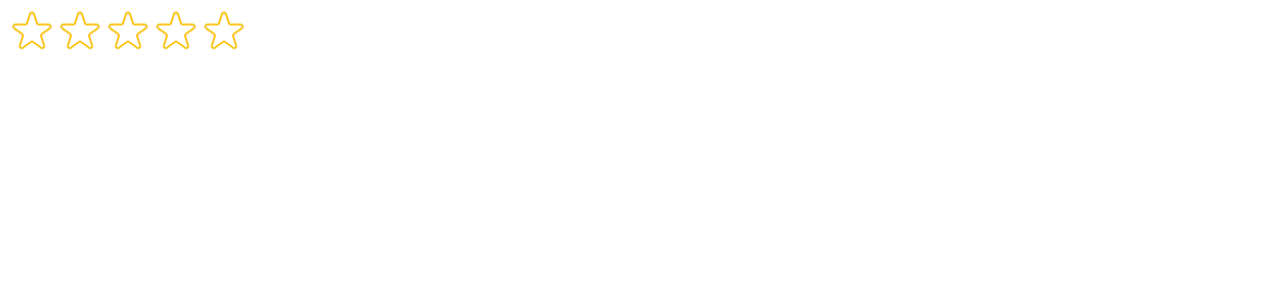
Repository: echoyol/07-usepopcorn
Page: /
The author's editor kept a copy of each file at every save. The page is drawn from the files as they stood at one save, then again after the next save.
The browser window is 1280 px wide. The pictures show the whole page.
The project was rebuilt for these pictures with package versions that can differ from the ones it lists, and the page was loaded fresh each time.

Above is the page before, as saved 2023-07-06 18:27:23.

After the next save:
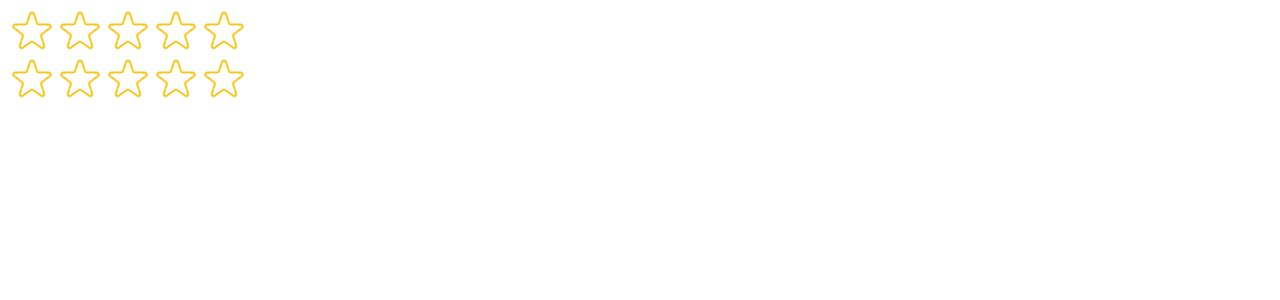
Saved 4 min 20 s later.
--- a/src/index.js
+++ b/src/index.js
@@ -13,5 +13,6 @@ root.render(
       maxRating={5}
       messages={['terrible', 'Bad', 'amazing', 'cool', 'ok']}
     />
+    <StarRating defaultRating={2} />
   </React.StrictMode>
 )
